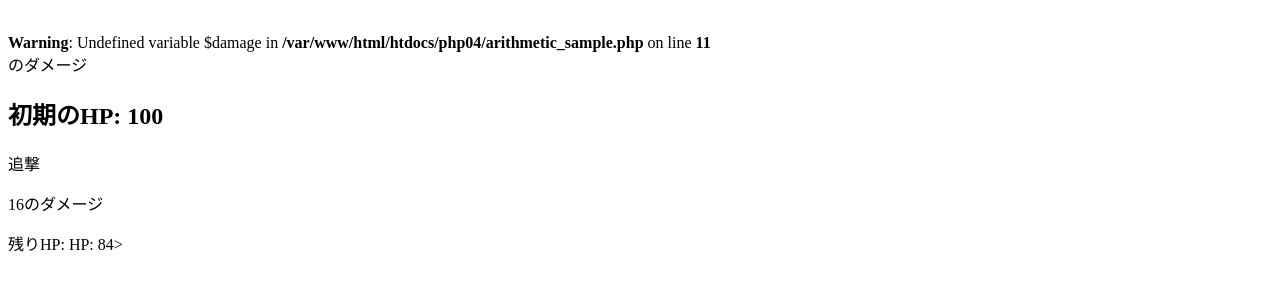
Repository: kawahito05-work/dc_work_nakano_kawahito_php
Page: http://localhost/htdocs/php04/arithmetic_sample.php
The author's editor kept a record of every edit. The page is drawn from the files as they stood at one moment, then again after the next edit.
The browser window is 1280 px wide. The pictures show the whole page.
The page is run by PHP 8.4 with error messages shown; the project is at /var/www/html/.

Above is the page before.

### htdocs/php04/arithmetic_sample.php
<?php
$hp = 100;
?>
<!DOCTYPE html>
<html lang="ja">
<head>
    <meta charset="UTF-8">
    <title>演算子の例</title>
</head>
<body>
<p><?php print $damage ?>のダメージ</p>
<h2>初期のHP: <?php print $hp; ?></h2>
<p>追撃</p>
<?php
$damage = mt_rand(1,20);
$hp = $hp - $damage;
?>
<p><?php print $damage ?>のダメージ</p>
<p>残りHP: HP: <?php print $hp; ?>></p>
</body>
</html>

After the next edit:
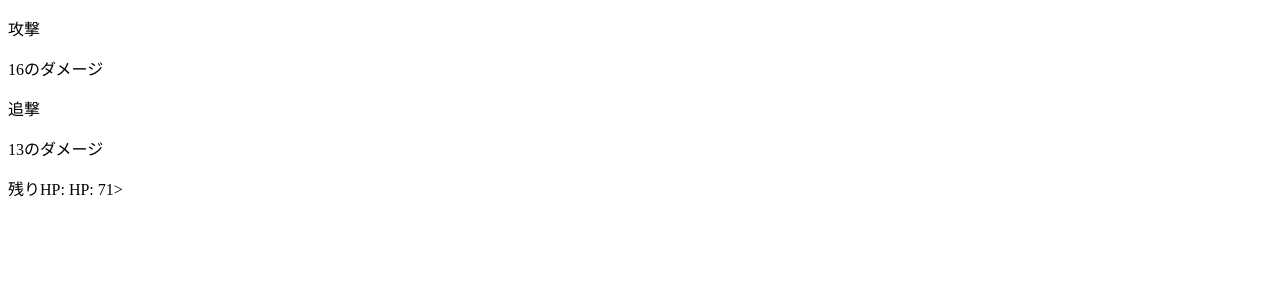
The edit:
--- a/htdocs/php04/arithmetic_sample.php
+++ b/htdocs/php04/arithmetic_sample.php
@@ -8,8 +8,12 @@
     <title>演算子の例</title>
 </head>
 <body>
+<p>攻撃</p>
+<?php
+$damage = mt_rand(1, 20);
+$hp = $hp - $damage;
+?>
 <p><?php print $damage ?>のダメージ</p>
-<h2>初期のHP: <?php print $hp; ?></h2>
 <p>追撃</p>
 <?php
 $damage = mt_rand(1,20);
